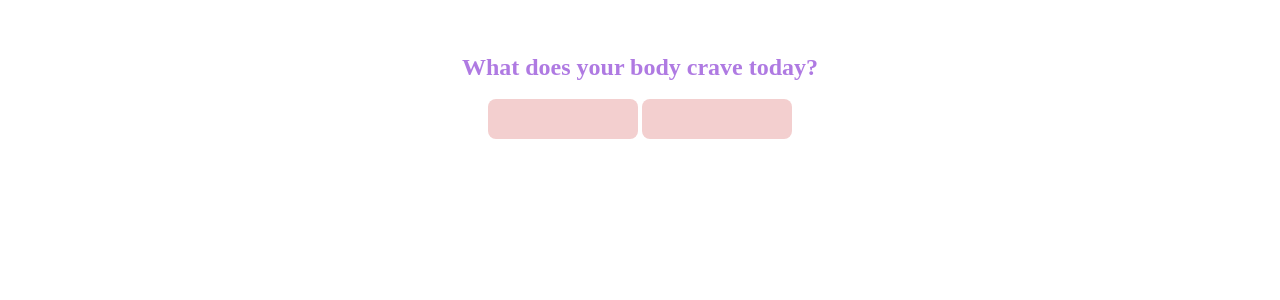
Repository: karim0829/Bella-Oter-Project
Page: index.html
These files come from the project's save history. The page is drawn as it stood at one moment and after the next save; the edit follows.
The browser window is 1280 px wide. The pictures show the whole page.

Above is the page before, as saved 2025-06-30 19:18:20.

After the next save:
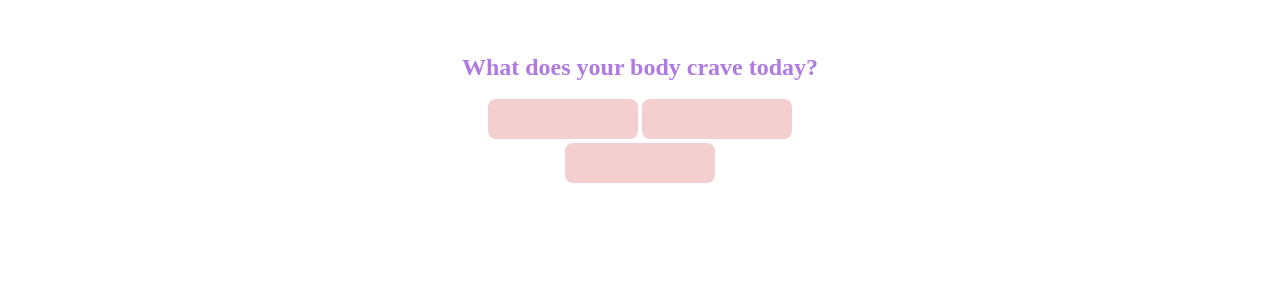
Saved 11 s later.
--- a/index.html
+++ b/index.html
@@ -13,7 +13,8 @@
     <form>
         <label><h1>What does your body crave today?</h1></label><br>
         <button type = 'submit' id = 'grounding' name='grounding'></button>
-        <button type = 'submit' id = 'grounding' name='grounding'></button>
+        <button type = 'submit' id = 'grounding' name='grounding'></button><br>
+           <button type = 'submit' id = 'grounding' name='grounding'></button>
     </form>
 </body>
 </html>
